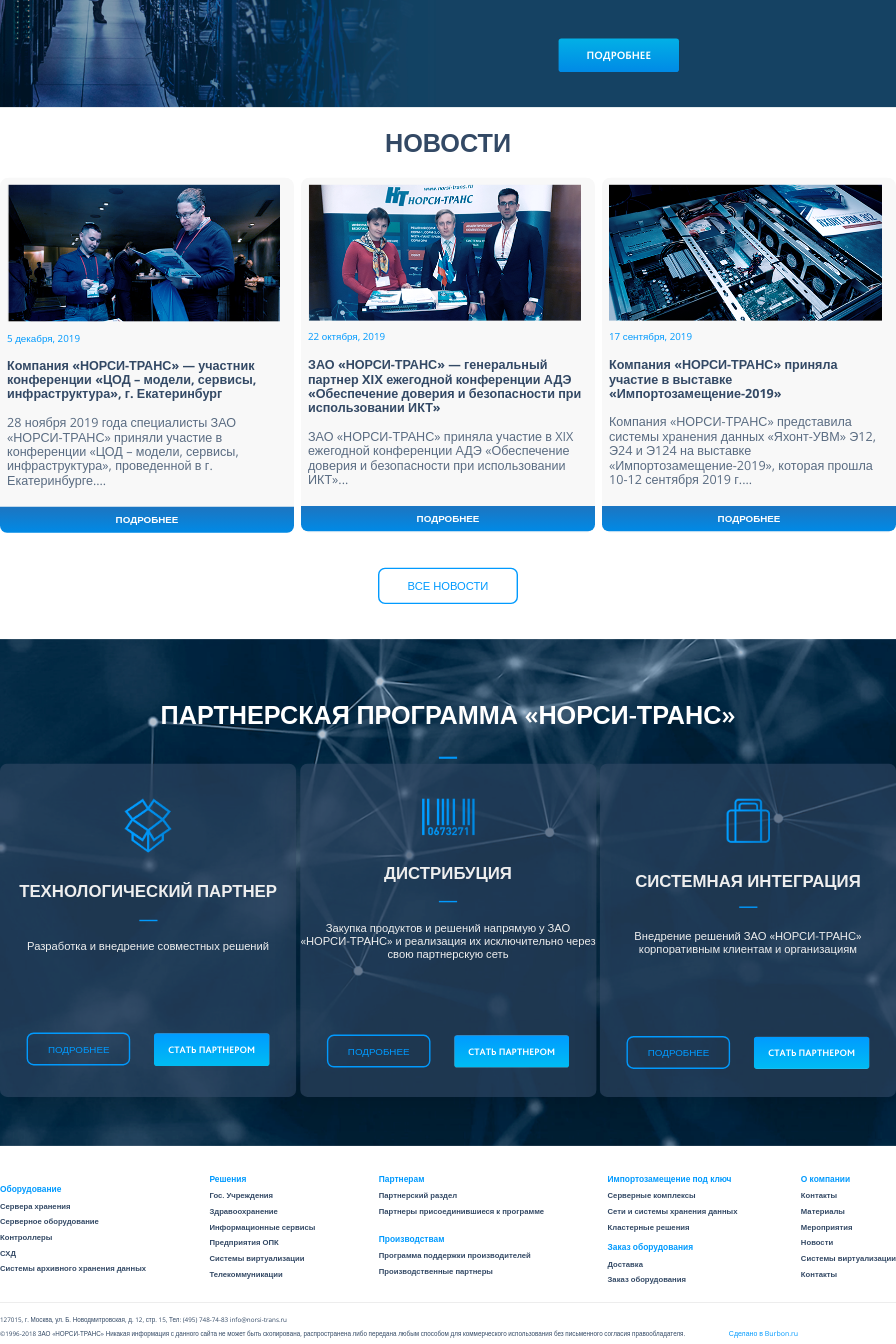
Repository: frostnn/testTaskBurbon
Page: app/index.html
The author's editor kept a copy of each file at every save. The page is drawn from the files as they stood at one save, then again after the next save.
The browser window is 1280 px wide. The pictures show the part of the page from y = 1430 to 3350 px (the page is 3350 px tall), at 70% of full size.
The style sheet was rebuilt from its Sass, Less or Tailwind sources for each picture, by a compiler version that may differ from the author's.

Above is the page before, as saved 2020-07-16 10:00:07.

### app/index.html
<!DOCTYPE html>
<html lang="en">
<head>
  <meta charset="UTF-8">
  <meta name="viewport" content="width=device-width, initial-scale=1.0">
  <meta http-equiv="X-UA-Compatible" content="ie=edge">
  <link rel="stylesheet" href="css/style.min.css">
  <title>Test task</title>
</head>
<body>
  <div class="bg-test">
    <header class="header">
        <div class="header-logo">
          <img src="./img/NT_logo_color.png" alt="Логотип" class="header-logo__img">
        </div>
        <nav class="header-nav">
          <ul class="header-nav__list">
            <li class="header-nav__list-item">
              <a href="#" class="header-nav__list-link">оборудование</a>
            </li>
            <li class="header-nav__list-item">
              <a href="#" class="header-nav__list-link">решения</a>
            </li>
            <li class="header-nav__list-item">
              <a href="#" class="header-nav__list-link">партнерам</a>
            </li>
            <li class="header-nav__list-item">
              <a href="#" class="header-nav__list-link">производствам</a>
            </li>
            <li class="header-nav__list-item">
              <a href="#" class="header-nav__list-link">импортозамещение под ключ</a>
            </li>
            <li class="header-nav__list-item">
              <a href="#" class="header-nav__list-link">заказ оборудования</a>
            </li>
            <li class="header-nav__list-item">
              <a href="#" class="header-nav__list-link">о компании</a>
            </li>
          </ul>
        </nav>
        <div class="header-search">
          <img src="./img/search.png" alt="Поиск" class="header-search__img">
        </div>
    </header>
    <section class="slider">
      <div class="slider-block">
        <div class="slider-block__content">
          <h1 class="slider-block__content-title">Яхонт-увм э24</h1>
          <p class="slider-block__content-text">
            программно-аппаратный комплекс высокопроизводительной загрузки <br>
            и накопления массивов CDR/IPDR данных, выполнения задач<br>
            по их обработке
          </p>
          <a href="#" class="slider-block__content-link btn">Подробнее</a>
        </div>
        <div class="slider-block__content">
          <h1 class="slider-block__content-title">Яхонт-увм э24</h1>
          <p class="slider-block__content-text">
            программно-аппаратный комплекс высокопроизводительной загрузки <br>
            и накопления массивов CDR/IPDR данных, выполнения задач<br>
            по их обработке
          </p>
        <!--  <img src="./img/VPS.png" alt="" class="slider-block__content-img"> -->
          <a href="#" class="slider-block__content-link btn">Подробнее</a>
        </div>
        <div class="slider-block__content">
          <h1 class="slider-block__content-title">Яхонт-увм э24</h1>
          <p class="slider-block__content-text">
            программно-аппаратный комплекс высокопроизводительной загрузки <br>
            и накопления массивов CDR/IPDR данных, выполнения задач<br>
            по их обработке
          </p>
          <a href="#" class="slider-block__content-link btn">Подробнее</a>
        </div>
      </div>
    </section>
  </div>
  <section class="industries">
    <h2 class="industries-title">Наши отрасли</h2>
    <div class="industries-block">
      <div class="industries-block__content">
        <img src="./img/healths.png" alt="healths" class="industries-block__content-img">
        <h3 class="industries-block__content-title">Здравоохранение</h3>
        <p class="industries-block__content-text">
          Системы хранения данных. Интеграция
          в действующую ИКТ-структуру. Программно-аппаратный комплекс «Яхонт-ЭМК»,
          предназначенный для хранения и ведения медицинских интегрированных архивов
        </p>
        <a href="" class="industries-block__content-link">Подробнее</a>
      </div>
      <div class="industries-block__content">
        <img src="./img/gov.png" alt="government" class="industries-block__content-img">
        <h3 class="industries-block__content-title">Здравоохранение</h3>
        <p class="industries-block__content-text">
          Системы хранения данных. Интеграция
          в действующую ИКТ-структуру. Программно-аппаратный комплекс «Яхонт-ЭМК»,
          предназначенный для хранения и ведения медицинских интегрированных архивов
        </p>
        <a href="" class="industries-block__content-link">Подробнее</a>
      </div>
      <div class="industries-block__content">
        <img src="./img/telecom.png" alt="telecom" class="industries-block__content-img">
        <h3 class="industries-block__content-title">Здравоохранение</h3>
        <p class="industries-block__content-text">
          Системы хранения данных. Интеграция
          в действующую ИКТ-структуру. Программно-аппаратный комплекс «Яхонт-ЭМК»,
          предназначенный для хранения и ведения медицинских интегрированных архивов
        </p>
        <a href="" class="industries-block__content-link">Подробнее</a>
      </div>
      <div class="industries-block__content">
        <img src="./img/opk.png" alt="opk" class="industries-block__content-img">
        <h3 class="industries-block__content-title">Здравоохранение</h3>
        <p class="industries-block__content-text">
          Системы хранения данных. Интеграция
          в действующую ИКТ-структуру. Программно-аппаратный комплекс «Яхонт-ЭМК»,
          предназначенный для хранения и ведения медицинских интегрированных архивов
        </p>
        <a href="#" class="industries-block__content-link">Подробнее</a>
      </div>
    </div>
  </section>
  <main class="production">
    <div class="production-wrapper">
      <div class="production-block">
        <h2 class="production-block__title">Производственный комплекс</h2>
        <p class="production-block__text">
          Компания «НОРСИ-ТРАНС» осуществляет свою деятельность в соответствии с Уставом <br>
          и имеет все необходимые лицензии для разработки, производства и реализации технических средств.<br>
          Система менеджмента качества применительно к полному комплексу<br>
          строительно-монтажных услуг на объектах связи и оказанию <br>
          телекоммуникационных услуг компании «НОРСИ-ТРАНС» соответствует <br>
          требованиям ГОСТ Р ИСО 9001-2015 (ИСО 9000:2015) и является максимально клиентоориентированной
        </p>
        <a href="#" class="production-block__link btn">подробнее</a>
      </div>
    </div>
  </main>
  <section class="news">
    <h2 class="news-title">Новости</h2>
      <div class="news-block">
        <div class="news-block__content">
          <img src="./img/news_1.png" alt="news_img" class="news-block__content-img">
          <span class="news-block__content-date">5 декабря, 2019</span>
          <h4 class="news-block__content-title">
            Компания «НОРСИ-ТРАНС» — участник конференции «ЦОД – модели,
            сервисы, инфраструктура», г. Екатеринбург
          </h4>
          <p class="news-block__content-text">
            28 ноября 2019 года специалисты ЗАО «НОРСИ-ТРАНС»
            приняли участие в конференции «ЦОД – модели, сервисы,
            инфраструктура», проведенной в г. Екатеринбурге.…
          </p>
          <a href="#" class="news-block__content-link">Подробнее</a>
        </div>
          <div class="news-block__content">
            <img src="./img/news_2.png" alt="news_img" class="news-block__content-img">
            <span class="news-block__content-date">22 октября, 2019</span>
            <h4 class="news-block__content-title">
              ЗАО «НОРСИ-ТРАНС» — генеральный партнер XIX
              ежегодной конференции АДЭ «Обеспечение доверия
              и безопасности при использовании ИКТ»
            </h4>
            <p class="news-block__content-text">
              ЗАО «НОРСИ-ТРАНС» приняла участие в XIX ежегодной конференции
              АДЭ «Обеспечение доверия и безопасности при использовании ИКТ»...
            </p>
            <a href="#" class="news-block__content-link">Подробнее</a>
          </div>
          <div class="news-block__content">
            <img src="./img/news_3.png" alt="news_img" class="news-block__content-img">
            <span class="news-block__content-date">17 сентября, 2019</span>
            <h4 class="news-block__content-title">
              Компания «НОРСИ-ТРАНС» приняла участие
              в выставке «Импортозамещение-2019»
            </h4>
            <p class="news-block__content-text">
              Компания «НОРСИ-ТРАНС» представила системы хранения данных
              «Яхонт-УВМ» Э12, Э24 и Э124 на выставке «Импортозамещение-2019»,
              которая прошла 10-12 сентября 2019 г.…
            </p>
            <a href="#" class="news-block__content-link">Подробнее</a>
          </div>
      </div>
      <div class="btn-wrapper">
        <button class="news-btn">Все новости</button>
      </div>
  </section>
  <section class="program">
    <div class="program-wrapper">
      <h2 class="program-title">Партнерская программа «НОРСИ-ТРАНС» </h2>
      <div class="program-block__wrapper">
        <div class="program-block">
          <img src="./img/box.png" alt="box" class="program-block__img">
          <h5 class="program-block__title">Технологический партнер</h5>
          <p class="program-block__text">Разработка и внедрение совместных решений </p>
          <div class="program-block__btn">
            <a href="#" class="program-block__btn-link">подробнее</a>
            <button class="program-block__btn-btn btn">стать партнером</button>
          </div>
        </div>
        <div class="program-block">
          <img src="./img/code.png" alt="box" class="program-block__img">
          <h5 class="program-block__title">Дистрибуция</h5>
          <p class="program-block__text">
            Закупка продуктов и решений напрямую у ЗАО «НОРСИ-ТРАНС»
            и реализация их исключительно через свою партнерскую сеть
          </p>
          <div class="program-block__btn">
            <a href="#" class="program-block__btn-link">подробнее</a>
            <button class="program-block__btn-btn btn">стать партнером</button>
          </div>
        </div>
        <div class="program-block">
          <img src="./img/case.png" alt="box" class="program-block__img">
          <h5 class="program-block__title">Системная интеграция</h5>
          <p class="program-block__text">
            Внедрение решений ЗАО «НОРСИ-ТРАНС»
            корпоративным клиентам и организациям
          </p>
          <div class="program-block__btn">
            <a href="#" class="program-block__btn-link">подробнее</a>
            <button class="program-block__btn-btn btn">стать партнером</button>
          </div>
        </div>
      </div>
    </div>
  </section>
  <footer class="footer">
    <div class="footer-nav">
      <div class="equipment-block">
        <ul class="equipment-block__list">
          <li class="equipment-block__list-title">Оборудование</li>
          <li class="equipment-block__list-item"> <a href="#" class="equipment-block__item-link"> Сервера хранения</a></li>
          <li class="equipment-block__list-item"> <a href="#" class="equipment-block__item-link">Серверное оборудование</a></li>
          <li class="equipment-block__list-item"> <a href="#" class="equipment-block__item-link"> Контроллеры</a></li>
          <li class="equipment-block__list-item"> <a href="#" class="equipment-block__item-link">СХД</a></li>
          <li class="equipment-block__list-item"> <a href="#" class="equipment-block__item-link">Системы архивного хранения данных</a></li>
        </ul>
      </div>
      <div class="decisions-block">
        <ul class="decisions-block__list">
          <li class="decisions-block__list-title">Решения</li>
          <li class="decisions-block__list-item"> <a href="#" class="decisions-block__item-link"> Гос. Учреждения</a></li>
          <li class="decisions-block__list-item"> <a href="#" class="decisions-block__item-link">Здравоохранение</a></li>
          <li class="decisions-block__list-item"> <a href="#" class="decisions-block__item-link">Информационные сервисы</a></li>
          <li class="decisions-block__list-item"> <a href="#" class="decisions-block__item-link">Предприятия ОПК</a></li>
          <li class="decisions-block__list-item"> <a href="#" class="decisions-block__item-link">Системы виртуализации</a></li>
          <li class="decisions-block__list-item"> <a href="#" class="decisions-block__item-link">Телекоммуникации</a></li>
        </ul>
      </div>
      <div class="partners-block">
        <ul class="partners-block__list">
          <li class="partners-block__list-title">Партнерам</li>
          <li class="partners-block__list-item"> <a href="#" class="partners-block__item-link">Партнерский раздел</a></li>
          <li class="partners-block__list-item"> <a href="#" class="partners-block__item-link">Партнеры присоединившиеся к программе</a></li>
        </ul>
        <ul class="productions-block__list">
          <li class="productions-block__list-title">Производствам</li>
          <li class="productions-block__list-item"> <a href="#" class="productions-block__item-link">Программа поддержки производителей</a></li>
          <li class="productions-block__list-item"> <a href="#" class="productions-block__item-link">Производственные партнеры</a></li>
        </ul>
      </div>
      <div class="import-block">
        <ul class="import-block__list">
          <li class="import-block__list-title">Импортозамещение под ключ</li>
          <li class="import-block__list-item"> <a href="#" class="import-block__item-link"> Серверные комплексы</a></li>
          <li class="import-block__list-item"> <a href="#" class="import-block__item-link">Сети и системы хранения данных</a></li>
          <li class="import-block__list-item"> <a href="#" class="import-block__item-link">Кластерные решения</a></li>
        </ul>
        <ul class="equipment-block__list">
          <li class="equipment-block__list-title">Заказ оборудования</li>
          <li class="equipment-block__list-item"> <a href="#" class="equipment-block__item-link">Доставка</a></li>
          <li class="equipment-block__list-item"> <a href="#" class="equipment-block__item-link">Заказ оборудования</a></li>
        </ul>
      </div>
      <div class="nav-block">
        <ul class="nav-block__list">
          <li class="nav-block__list-title" >О компании</li>
          <li class="nav-block__list-item" > <a href="#" class="nav-block__item-link">Контакты</a></li>
          <li class="nav-block__list-item" > <a href="#" class="nav-block__item-link">Материалы</a></li>
          <li class="nav-block__list-item" > <a href="#" class="nav-block__item-link">Мероприятия</a></li>
          <li class="nav-block__list-item" > <a href="#" class="nav-block__item-link">Новости</a></li>
          <li class="nav-block__list-item" > <a href="#" class="nav-block__item-link">Системы виртуализации</a></li>
          <li class="nav-block__list-item" > <a href="#" class="nav-block__item-link">Контакты</a></li>
        </ul>
      </div>
    </div>
    <div class="subfooter">
      <p class="subfooter-contacts">
        127015, г. Москва, ул. Б. Новодмитровская,
        д. 12, стр. 15, Тел: <a href="tel:(495) 748-74-83" class="subfooter-contacts__link">(495) 748-74-83</a> <a href="mailto:info@norsi-trans.ru" class="subfooter-contacts__link">info@norsi-trans.ru</a>
      </p>
      <p class="subfooter-info">
        ©1996-2018 ЗАО «НОРСИ-ТРАНС» Никакая информация с данного сайта не может быть скопирована,
        распространена либо передана любым способом для коммерческого использования без письменного согласия правообладателя.
        <a href="https://burbon.ru/" class="subfooter-link">Сделано в Burbon.ru</a>
      </p>

    </div>
  </footer>
  <script src="https://ajax.googleapis.com/ajax/libs/jquery/3.4.1/jquery.min.js"></script>
  <script src="js/libs.min.js"></script>
  <script src="js/main.js"></script>
</body>
</html>

### app/scss/_vars.scss
$white: #fff;
$blue: #019afe;

### app/scss/_fonts.scss
@import url('https://fonts.googleapis.com/css2?family=Open+Sans:wght@300;400;600;700;800&display=swap');
@font-face {
  font-family: 'Bliss Pro Bold';
  src: url('../fonts/BlissPro-Bold.eot');
  src: url('../fonts/BlissPro-Bold.eot?#iefix') format('embedded-opentype'),
  url('../fonts/BlissPro-Bold.woff') format('woff'),
  url('../fonts/BlissPro-Bold.ttf') format('truetype');
  font-weight: normal;
  font-style: normal;
  }

### app/scss/_global.scss
html {
  box-sizing: border-box;
}
body {
  font-family: 'Open Sans', sans-serif;
}
*,
*::before,
*::after {

  box-sizing: inherit;
}
a {
  display: inline;
  text-decoration: none;
  color: #fff;
}
ul,
li {
  list-style: none;
  margin: 0;
  padding: 0;
}

### app/scss/_media.scss
@media (max-width: 1452px) {
  .footer,
  .news,
  .industries,
  .production-wrapper,
  .program-wrapper,
  .header,
  .slider {
    max-width: 1350px;
  }
  .header-nav__list {
    .header-nav__list-item {
      margin-right: 30px;
    }
    .header-nav__list-link {
      font-size: 12px;
    }
  }
  .slider-block__content-title {
    font-size: 42px;
  }
  .slider-block__content-text {
    font-size: 18px;
  }
  .industries-block__content {
    max-width: 320px;
    .industries-block__content-title {
      font-size: 16px;
    }
    .industries-block__content-text {
      font-size: 14px;
    }
    .industries-block__content-img {
      max-width: 320px;
    }
  }
  .production {
    background-position: center;
  }
  .news-block__content {
    max-width: 430px;
    .news-block__content-img {
      max-width: 420px;
    }
    .news-block__content-title {
      font-size: 18px;

    }
    .news-block__content-date {
      font-size: 14px;

    }
    .news-block__content-text {
      font-size: 18px;
    }
  }
  .program-block {
    width: 424px;
  }
  .program-block .program-block__btn-btn {
    padding: 15px 20px;
  }
  .program-block .program-block__btn-link {
    padding: 12px 28px;
  }
  .footer-nav {
    .equipment-block__list-title,
    .decisions-block__list-title,
    .partners-block__list-title,
    .productions-block__list-title,
    .import-block__list-title,
    .equipment-block__list-title,
    .nav-block__list-title {
      font-size: 12px;
    }
    a {
      font-size: 11px;
    }
  }
  .subfooter {
    .subfooter-contacts {
      font-size: 9px;
    }
    .subfooter-info{
      font-size: 9px;
    }
    .subfooter-link {
      font-size: 10px;
      margin-left: 60px;
    }
  }
}
@media (max-width: 1360px) {
  .footer,
  .news,
  .industries,
  .production-wrapper,
  .program-wrapper,
  .header,
  .slider {
    max-width: 1280px;
  }
  .industries-block__content {
    max-width: 300px;
    .industries-block__content-img {
      max-width: 300px;
    }
  }
  .news-block__content {
    max-width: 420px;
    .news-block__content-img {
      max-width: 410px;
    }
  }
  .program-block {
    width: 423px;
  }

}

Loaded but not shown: app/js/libs.min.js (library); app/js/main.js (5 lines, source omitted); app/scss/style.scss (456 lines, source omitted); app/scss/_libs.scss (469 lines, source omitted)

After the next save:
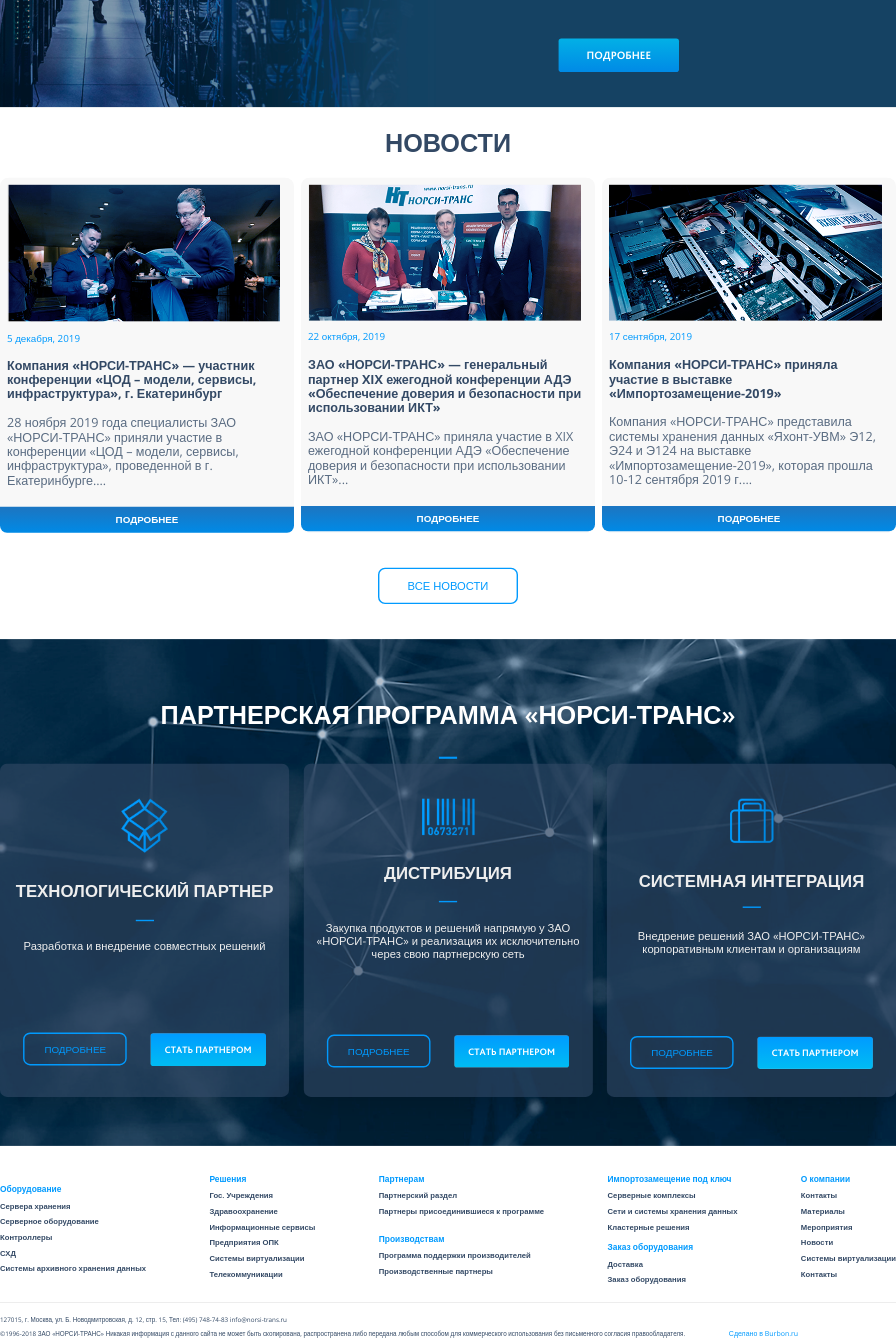
Saved 4 s later.
--- a/app/scss/_media.scss
+++ b/app/scss/_media.scss
@@ -113,7 +113,7 @@
     }
   }
   .program-block {
-    width: 423px;
+    width: 413px;
   }
 
 }
